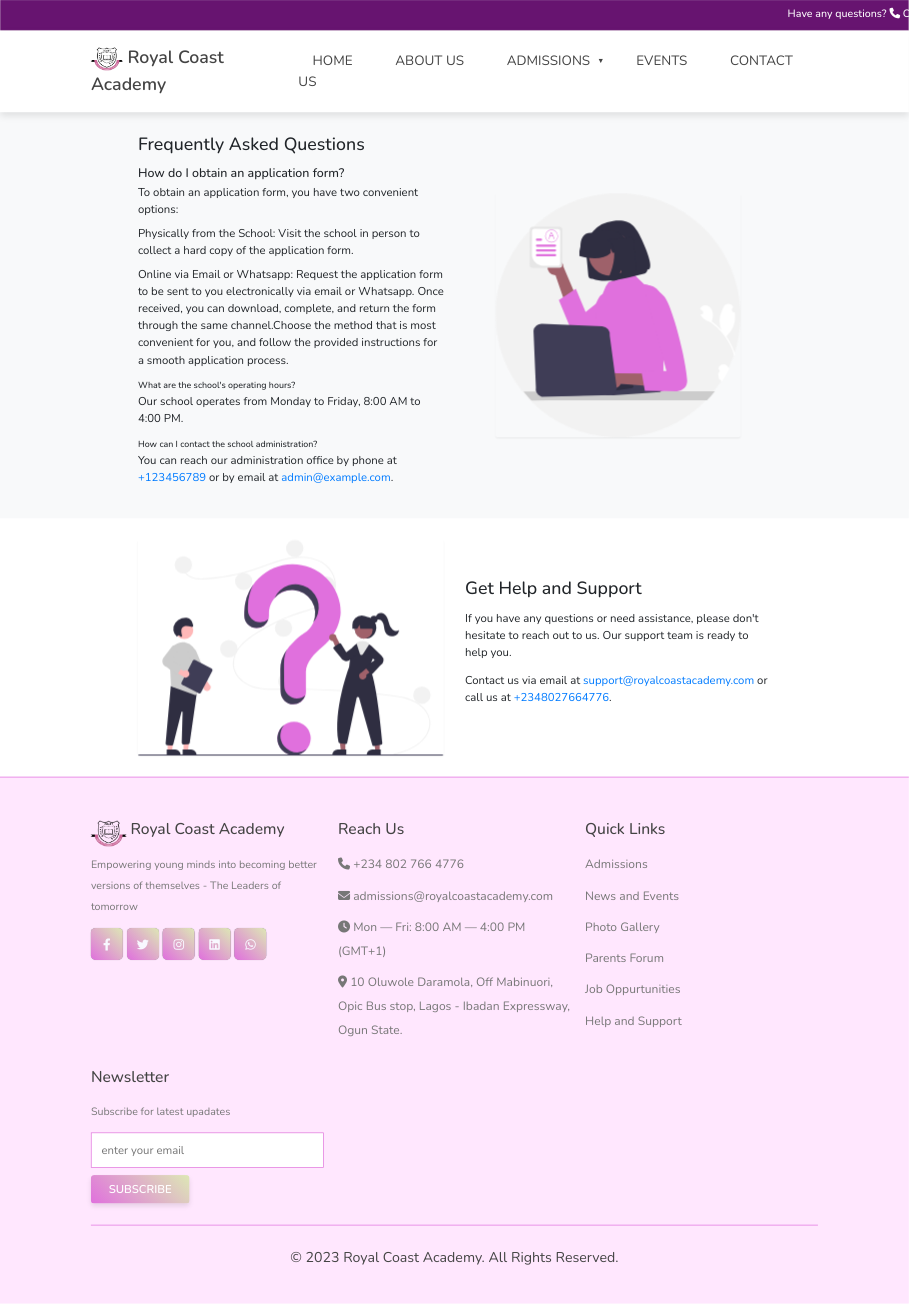
Repository: AdeniranZion/RC-Academy
Page: http://localhost/faq.php
These files come from the project's save history. The page is drawn as it stood at one moment and after the next save; the edit follows.
The browser window is 1280 px wide. The pictures show the whole page, at 71% of full size.
Some web libraries are served in a nearby version. The page is run by PHP 8.4 with error messages shown; the project is at /var/www/html/.

Above is the page before, as saved 2024-06-21 19:20:20.
Console error: TypeError: Cannot set properties of null (setting 'onclick')

After the next save:
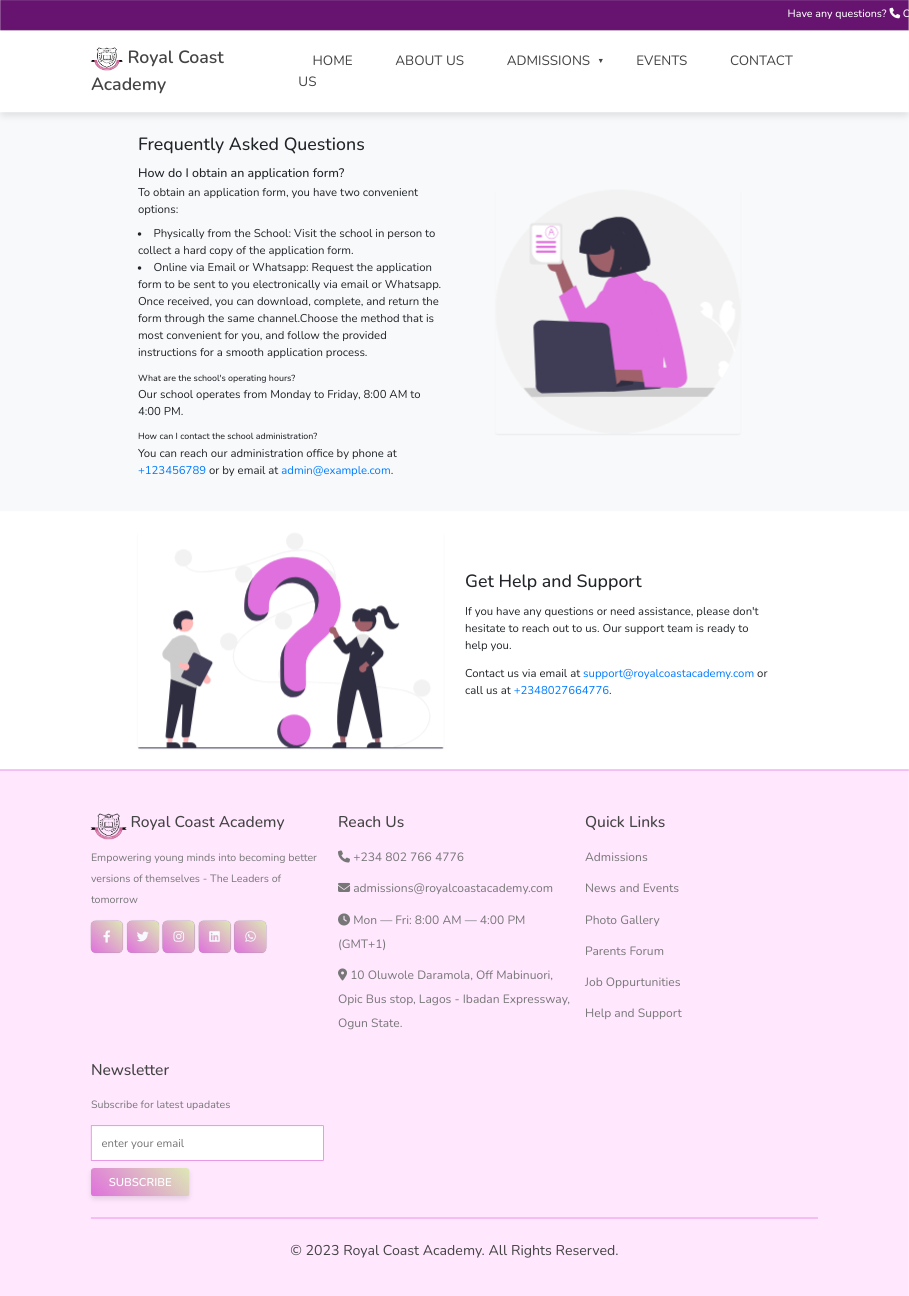
Saved 13 s later.
--- a/faq.php
+++ b/faq.php
@@ -11,8 +11,8 @@
                         <h3>How do I obtain an application form?</h3>
                         <p>
                         To obtain an application form, you have two convenient options:
-                            <ul>Physically from the School: Visit the school in person to collect a hard copy of the application form.</ul>
-                            <ul>Online via Email or Whatsapp: Request the application form to be sent to you electronically via email or Whatsapp. Once received, you can download, complete, and return the form through the same channel.Choose the method that is most convenient for you, and follow the provided instructions for a smooth application process.</ul>
+                            <li>Physically from the School: Visit the school in person to collect a hard copy of the application form.</li>
+                            <li>Online via Email or Whatsapp: Request the application form to be sent to you electronically via email or Whatsapp. Once received, you can download, complete, and return the form through the same channel.Choose the method that is most convenient for you, and follow the provided instructions for a smooth application process.</li>
                         </p>
                     </div>
 
